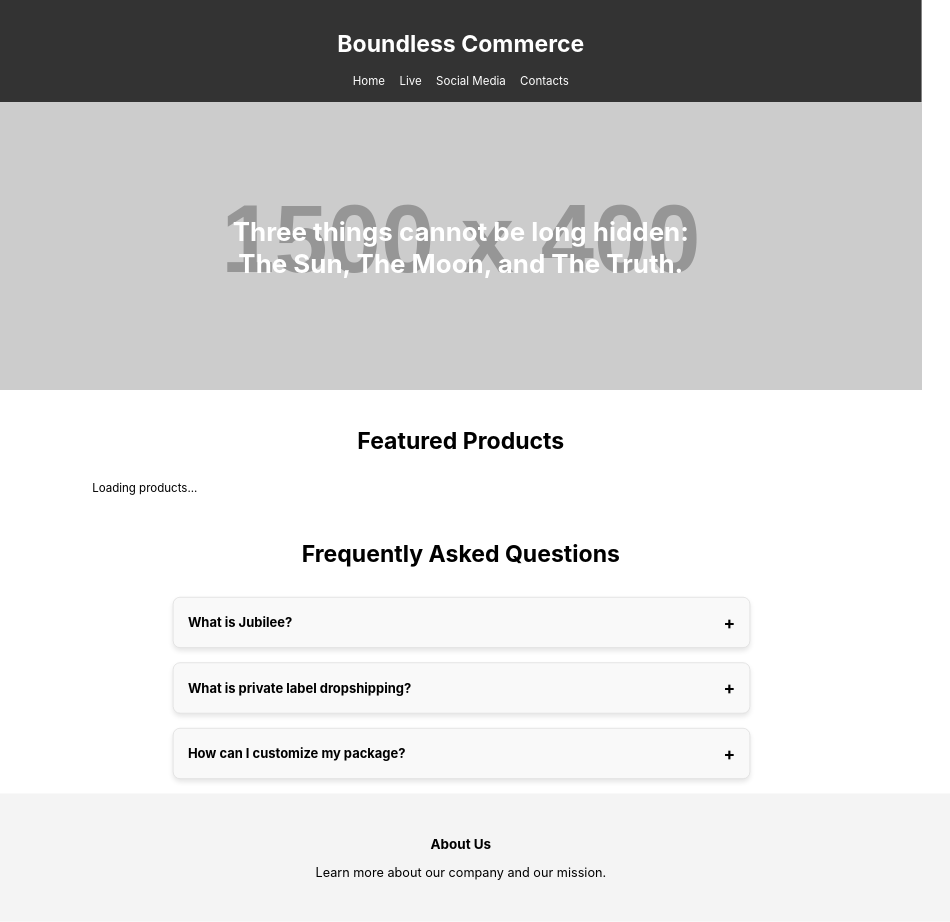
Repository: Nn-Exe/chunar-ecommerce
Page: / (app in ecommerce-frontend/)
The author's editor kept a copy of each file at every save. The page is drawn from the files as they stood at one save, then again after a run of saves.
The browser window is 1280 px wide. The page is 1320 px wide, so the pictures cover 1320 px, including what lies to the right of the window. The pictures show the whole page, at 72% of full size.
The page's requests for data from a server got no answer. The project was rebuilt for these pictures with package versions that can differ from the ones it lists, and the page was loaded fresh each time. No one was signed in, and anything a server would have sent is missing.

Above is the page before, as saved 2024-09-11 15:14:46.

After the next 3 saves:
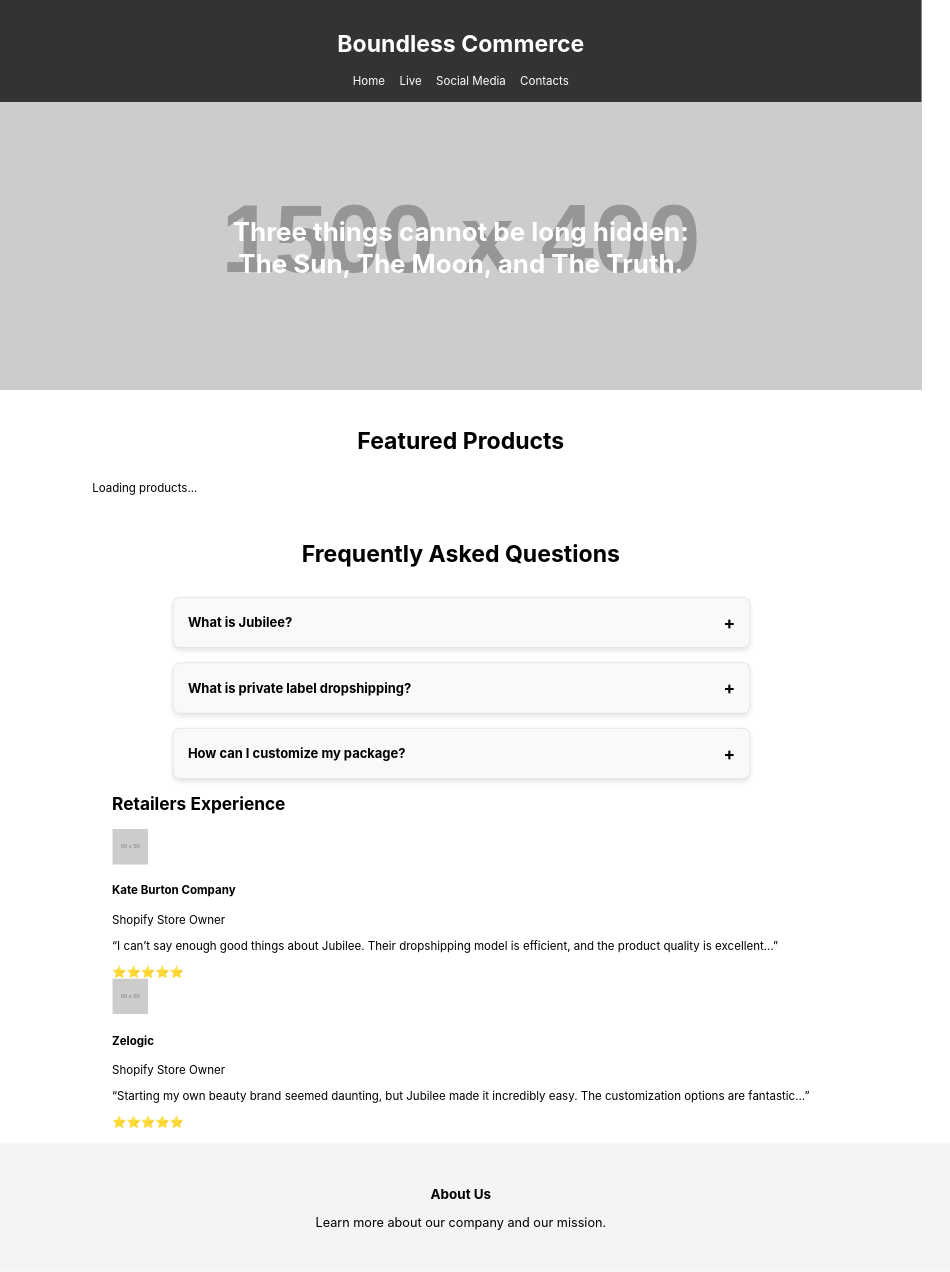
The 3 saves are shown as one change because 2 did not build or start.
The last was saved 2 min 10 s later.
--- a/ecommerce-frontend/src/App.js
+++ b/ecommerce-frontend/src/App.js
@@ -5,6 +5,8 @@ import Navbar from './components/Navbar';  // Correct way to import default expo
 import HeroSection from './components/HeroSection';  // Correct way to import default export
 import ProductList from './components/ProductList';  // Correct way to import default export
 import Faq from './components/Faq';  // Import the Faq component from the components folder
+import TestimonialCarousel from './components/TestimonialCarousel';
+
 
 // Home page component (the default view)
 function Home({ products }) {
@@ -30,6 +32,8 @@ function Home({ products }) {
 
       {/* FAQ Section */}
       <Faq />  {/* Using the imported Faq component */}
+
+      <TestimonialCarousel />
 
       {/* Add more sections here */}
 
--- a/ecommerce-frontend/src/components/TestimonialCarousel.js
+++ b/ecommerce-frontend/src/components/TestimonialCarousel.js
@@ -1,27 +1,72 @@
-let currentSlideIndex = 0;
+import React, { useState } from 'react';
 
-function currentSlide(n) {
-  showSlides(n);
-}
+const TestimonialCarousel = () => {
+  const [currentSlide, setCurrentSlide] = useState(0);
 
-function showSlides(n) {
-  const slides = document.querySelectorAll('.testimonial-card');
-  const dots = document.querySelectorAll('.dot');
+  const testimonials = [
+    {
+      name: 'Kate Burton Company',
+      title: 'Shopify Store Owner',
+      text: '“I can’t say enough good things about Jubilee. Their dropshipping model is efficient, and the product quality is excellent...”',
+      stars: 5,
+    },
+    {
+      name: 'Zelogic',
+      title: 'Shopify Store Owner',
+      text: '“Starting my own beauty brand seemed daunting, but Jubilee made it incredibly easy. The customization options are fantastic...”',
+      stars: 5,
+    },
+    // Add more testimonials here if needed
+  ];
 
-  // Ensure index is in range
-  if (n > slides.length) currentSlideIndex = 1;
-  if (n < 1) currentSlideIndex = slides.length;
+  // Function to move the slides
+  const moveSlide = (index) => {
+    setCurrentSlide(index);
+  };
 
-  // Hide all slides
-  slides.forEach((slide, index) => {
-    slide.style.transform = `translateX(-${(n - 1) * 320}px)`;
-  });
+  return (
+    <div className="testimonial-section">
+      <h2>Retailers Experience</h2>
+      <div className="carousel">
+        {testimonials.map((testimonial, index) => (
+          <div
+            key={index}
+            className="testimonial-card"
+            style={{
+              transform: `translateX(-${currentSlide * 320}px)`, // Slide the cards
+            }}
+          >
+            <div className="profile">
+              <img
+                src="https://via.placeholder.com/50"
+                alt="Profile"
+              />
+              <div className="profile-details">
+                <h4>{testimonial.name}</h4>
+                <p>{testimonial.title}</p>
+              </div>
+            </div>
+            <p>{testimonial.text}</p>
+            <div className="stars">
+              {'⭐'.repeat(testimonial.stars)}
+            </div>
+          </div>
+        ))}
+      </div>
 
-  // Remove active class from all dots
-  dots.forEach((dot) => dot.classList.remove('active'));
+      {/* Dots for navigation */}
+      <div className="dots">
+        {testimonials.map((_, index) => (
+          <span
+            key={index}
+            className={`dot ${index === currentSlide ? 'active' : ''}`}
+            onClick={() => moveSlide(index)}
+          ></span>
+        ))}
+      </div>
+    </div>
+  );
+};
 
-  // Add active class to the current dot
-  dots[n - 1].classList.add('active');
-}
 
 export default TestimonialCarousel;
